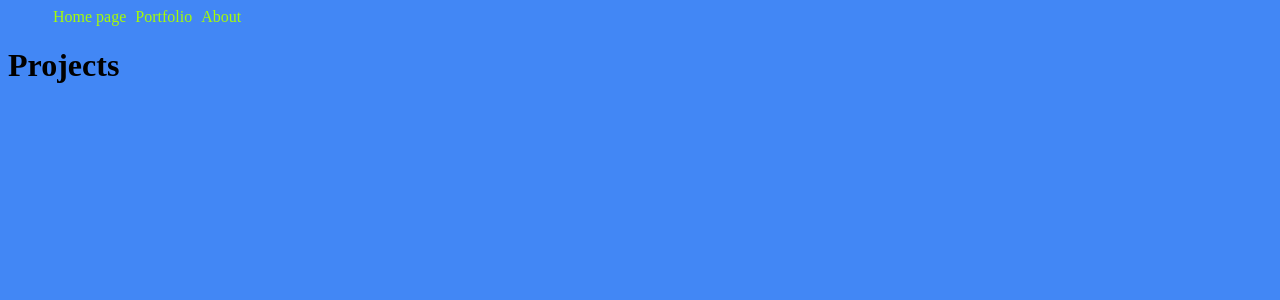
Repository: KevinBach02/KevinBach02.github.io
Page: old/portfolio.html
The author's editor kept a record of every edit. The page is drawn from the files as they stood at one moment, then again after the next edit.
The browser window is 1280 px wide. The pictures show the whole page.

Above is the page before.

After the next edit:
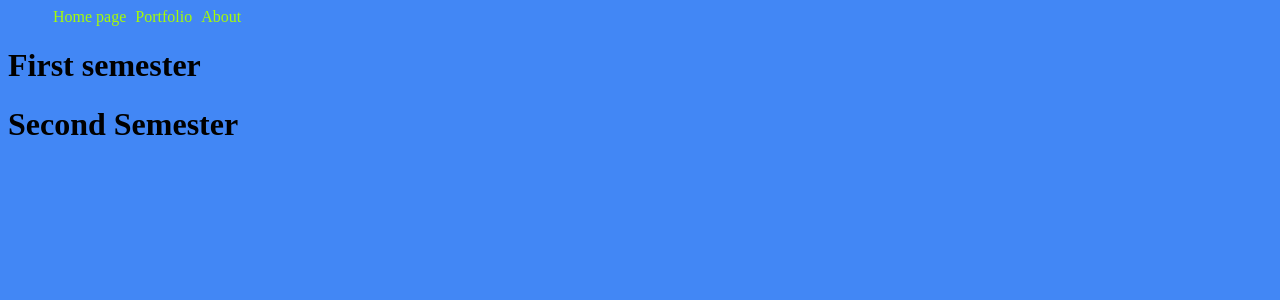
The edit:
--- a/old/portfolio.html
+++ b/old/portfolio.html
@@ -12,7 +12,9 @@
        <li><a href="about.html">About</a></li>
        </ul>
 
-    <h1>Projects</h1>
+    <h1>First semester</h1>
+
+    <h1>Second Semester</h1>
 
 
     </body>
